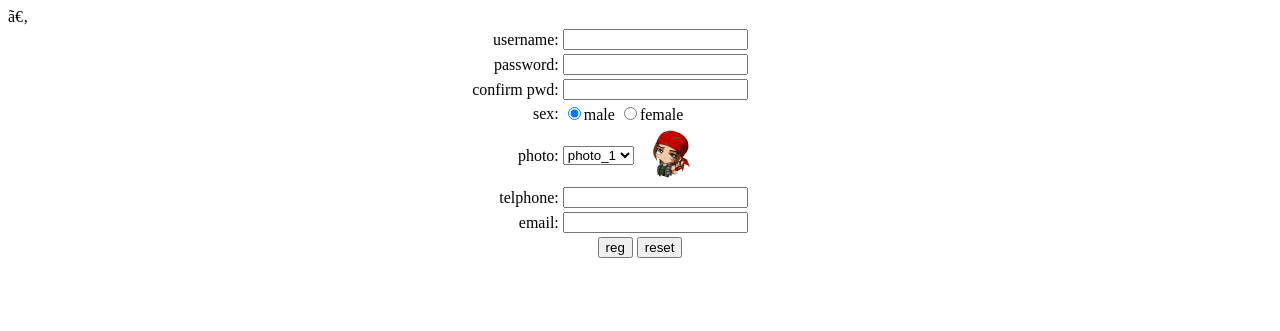
Repository: GetHubByYc/MyEclipse
Page: http://localhost/CheckLogin/reg.jsp
The author's editor kept a copy of each file at every save. The page is drawn from the files as they stood at one save, then again after the next save.
The browser window is 1280 px wide. The pictures show the whole page.
The page is served by Tomcat 9. Nobody is signed in. The application's start-up code is not run. Other server files are loaded and not shown.

Above is the page before, as saved 2015-11-14 03:08:45.

### CheckLogin/WebRoot/reg.jsp
 。<%@ page language="java" import="java.util.*" pageEncoding="ISO-8859-1"%>

<!DOCTYPE HTML PUBLIC "-//W3C//DTD HTML 4.01 Transitional//EN">
<html>
  <head>
    <title>My JSP 'reg.jsp' starting page</title>

	<meta http-equiv="pragma" content="no-cache">
	<meta http-equiv="cache-control" content="no-cache">
	<meta http-equiv="expires" content="0">
	<meta http-equiv="keywords" content="keyword1,keyword2,keyword3">
	<meta http-equiv="description" content="This is my page">
	<!--
	<link rel="stylesheet" type="text/css" href="styles.css">
	-->
 <script type="text/javascript">
	function change(){
		var op1 = document.getElementById("photo_img");
		var photo = document.getElementById("photo");
		var index=photo.selectedIndex ;
		op1.setAttribute("src", photo.options[index].value);
	}
	function repwd(){
		var pwd = document.getElementById("pwd");
		var repwd = document.getElementById("repwd");
		var checkPwd = document.getElementById("checkPwd");
		var sb = document.getElementById("sb");
		if(pwd.value != repwd!=value){
			checkPwd.innerHTML="两次的密码不一样";
			sb.setAttribute('disabled', disabled)
		}else{
			checkPwd.innerHTML="验证通过";
			sb.setAttribute('disabled', null)
		}
	}
</script>
  </head>

  <body>
  <form action="servlet/RegServlet" method="post" onSubmit="return reg(this);">
    <table align="center" width="450" border="0">
    	<tr>
    		<td align="right">username:</td>
    		<td><input type="text" name="username" ></td>
    	</tr>
    	<tr>
    		<td align="right">password:</td>
    		<td><input type="text" name="pwd" id="pwd"></td>
    	</tr>
    	<tr>
    		<td align="right">confirm pwd:</td>
    		<td><input type="text" name="repwd" onkeyup="repwd()" id="repwd">
    		<p id="checkPwd"></p>
    		</td>

    	</tr>
    	<tr>
    		<td align="right">sex:</td>
    		<td>
    			<input type="radio" name="sex" value="male" checked="checked">male
    			<input type="radio" name="sex" value="fmale">female
    		</td>

    	</tr>
    	<tr>
    		<td align="right">photo:</td>
    		<td>
    			<select name="photo" id="photo" onchange="change();" style="position:relative;top:-18px">
    				<option value="images/avatar_Dante_small1.jpg" selected="selected">photo_1</option>
    				<option value="images/avatar_Go_small1.jpg">photo_2</option>
    			</select>
    			<img id="photo_img" style="width:50px;height:50px;position:relative;left:10px" src="images/avatar_Dante_small1.jpg"/>

    		</td>
    	</tr>
    	<tr>
    		<td align="right">telphone:</td>
    		<td><input type="text" name="tel" ></td>
    	</tr>
    	<tr>
    		<td align="right">email:</td>
    		<td><input type="text" name="email" ></td>
    	</tr>
    	<tr>
    		<td colspan="2" align="center">
    			<input id="sb" type="submit" value="reg">
    			<input type="reset" value="reset">
    		</td>
    	</tr>
    </table>
    </form>
  </body>
</html>

After the next save:
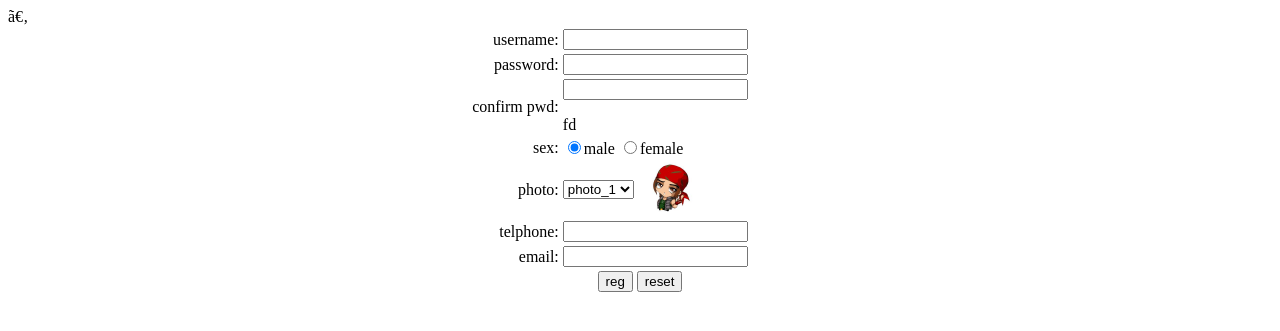
Saved 10 s later.
--- a/CheckLogin/WebRoot/reg.jsp
+++ b/CheckLogin/WebRoot/reg.jsp
@@ -50,7 +50,7 @@
     	<tr>
     		<td align="right">confirm pwd:</td>
     		<td><input type="text" name="repwd" onkeyup="repwd()" id="repwd">
-    		<p id="checkPwd"></p>
+    		<p id="checkPwd">fd</p>
     		</td>
 
     	</tr>

After the save that followed:
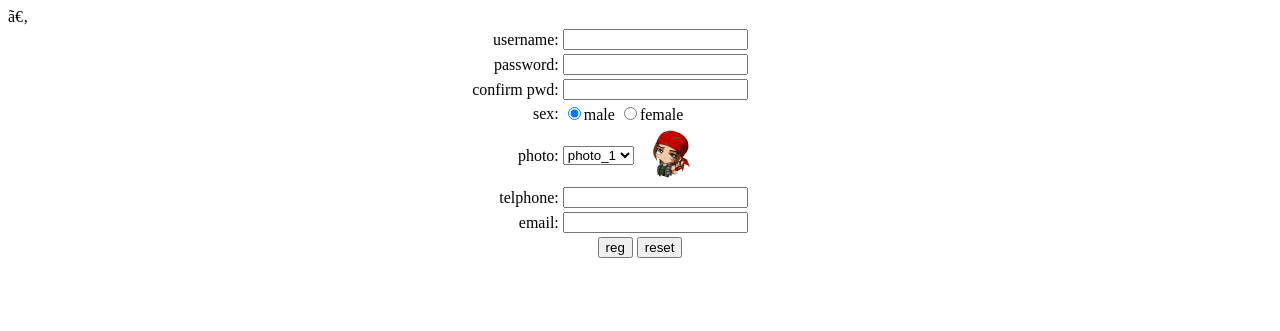
Saved 9 s later.
--- a/CheckLogin/WebRoot/reg.jsp
+++ b/CheckLogin/WebRoot/reg.jsp
@@ -50,7 +50,7 @@
     	<tr>
     		<td align="right">confirm pwd:</td>
     		<td><input type="text" name="repwd" onkeyup="repwd()" id="repwd">
-    		<p id="checkPwd">fd</p>
+    		<p id="checkPwd"></p>
     		</td>
 
     	</tr>
